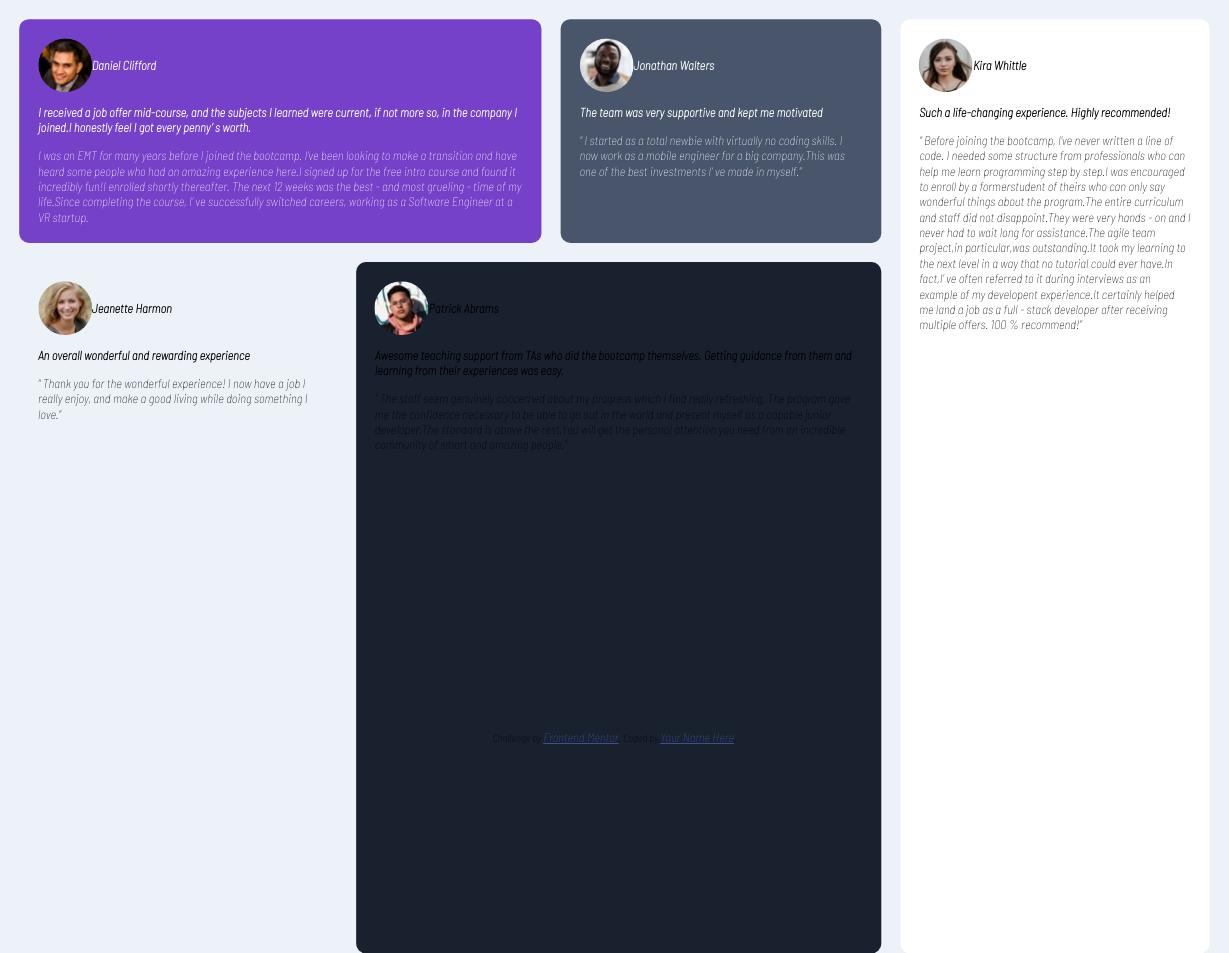
Repository: ibtihelbs/testimonials-grid-section-main
Page: index.html
An editor plug-in stored every save of this project. The page is shown before and after a run of saves, followed by the edit.
The browser window is 1280 px wide. The pictures show the whole page, at 96% of full size.

Above is the page before, as saved 2022-04-13 17:01:30.

After the next 2 saves:
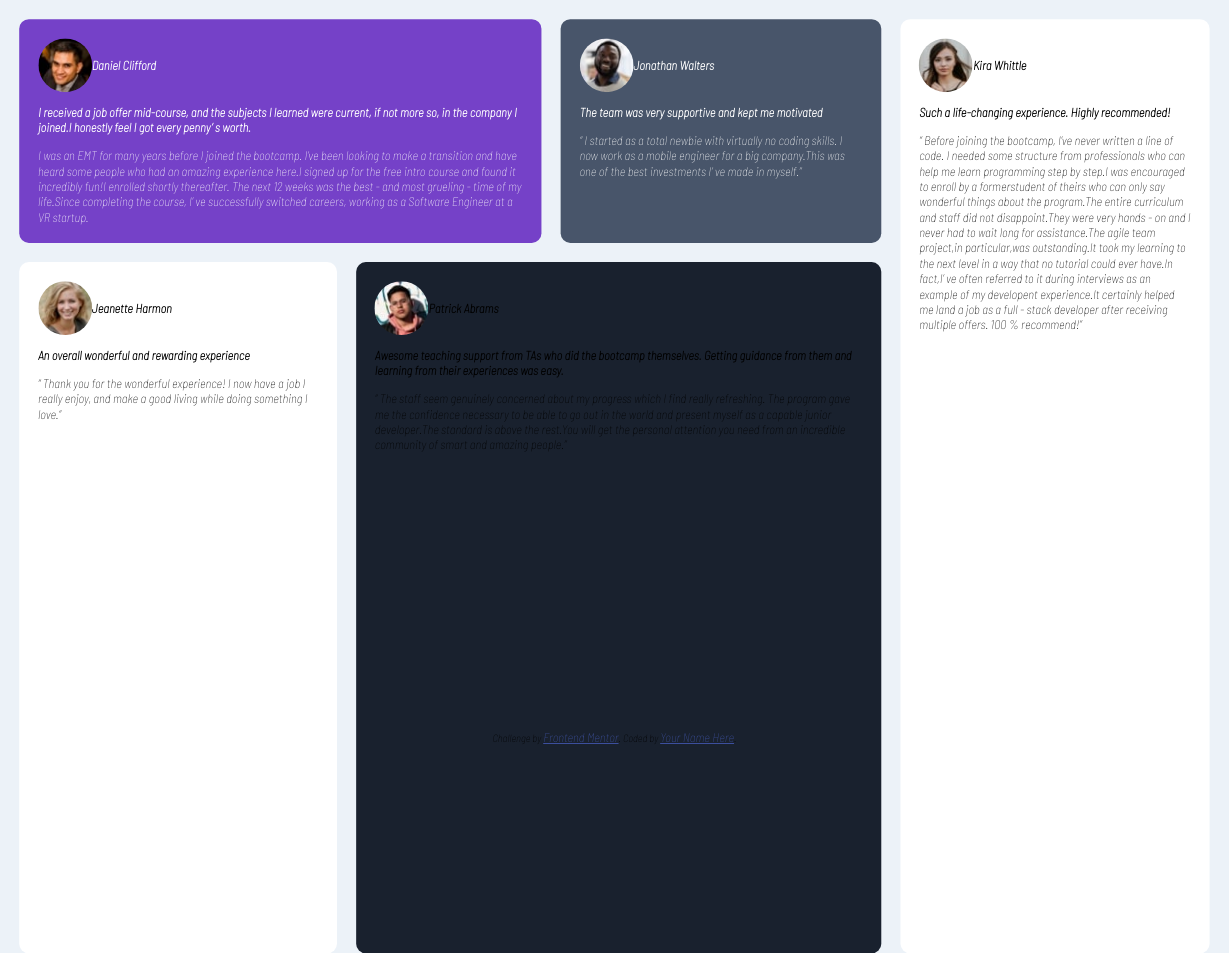
The 2 saves are shown as one change because they came seconds apart.
The last was saved 26 s later.
--- a/style.css
+++ b/style.css
@@ -62,11 +62,12 @@
 section:nth-child(4) {
   grid-area: four;
   order: 5;
+  background-color: var(--White);
 }
 section:nth-child(5) {
   grid-area: fifth;
   height: 100vh;
-
+  background-color: var(--White);
   background-color: var(--Blackish-blue);
   order: 3;
 }
